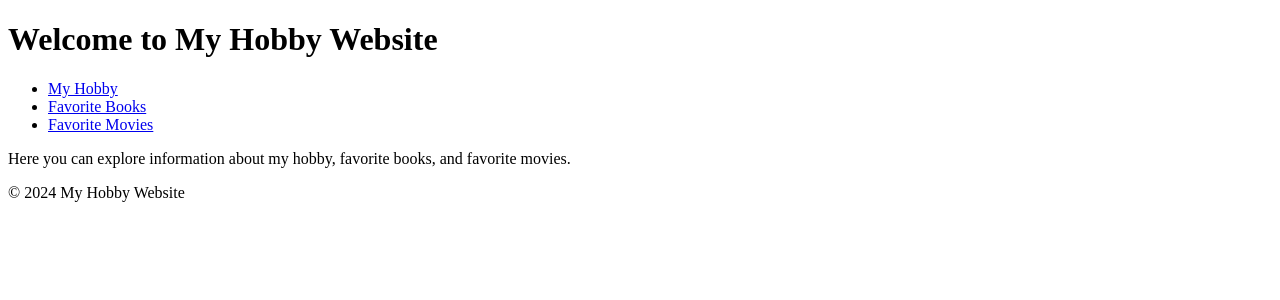
Repository: DaryaSarycheva/Hobbies
Page: index.html
The author's editor kept a copy of each file at every save. The page is drawn from the files as they stood at one save, then again after the next save.
The browser window is 1280 px wide. The pictures show the whole page.

Above is the page before, as saved 2024-05-08 07:48:48.

After the next save:
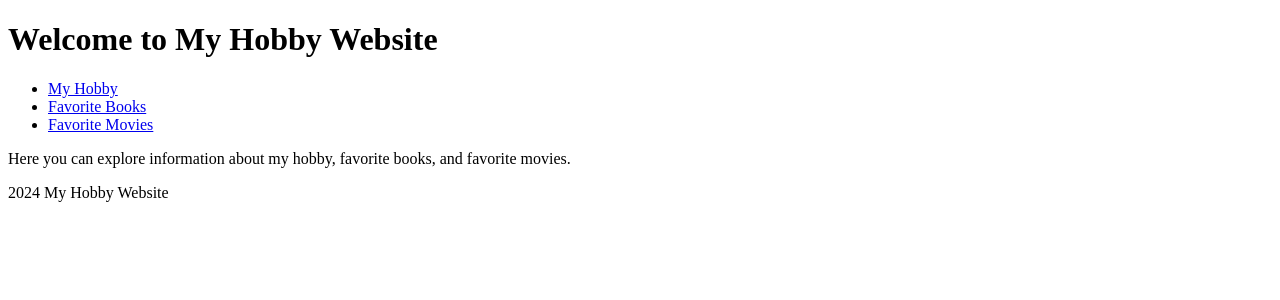
Saved 72 s later.
--- a/index.html
+++ b/index.html
@@ -23,7 +23,7 @@
     </main>
 
     <footer>
-        <p>&copy; 2024 My Hobby Website</p>
+        <p> 2024 My Hobby Website</p>
     </footer>
 </body>
 </html>
